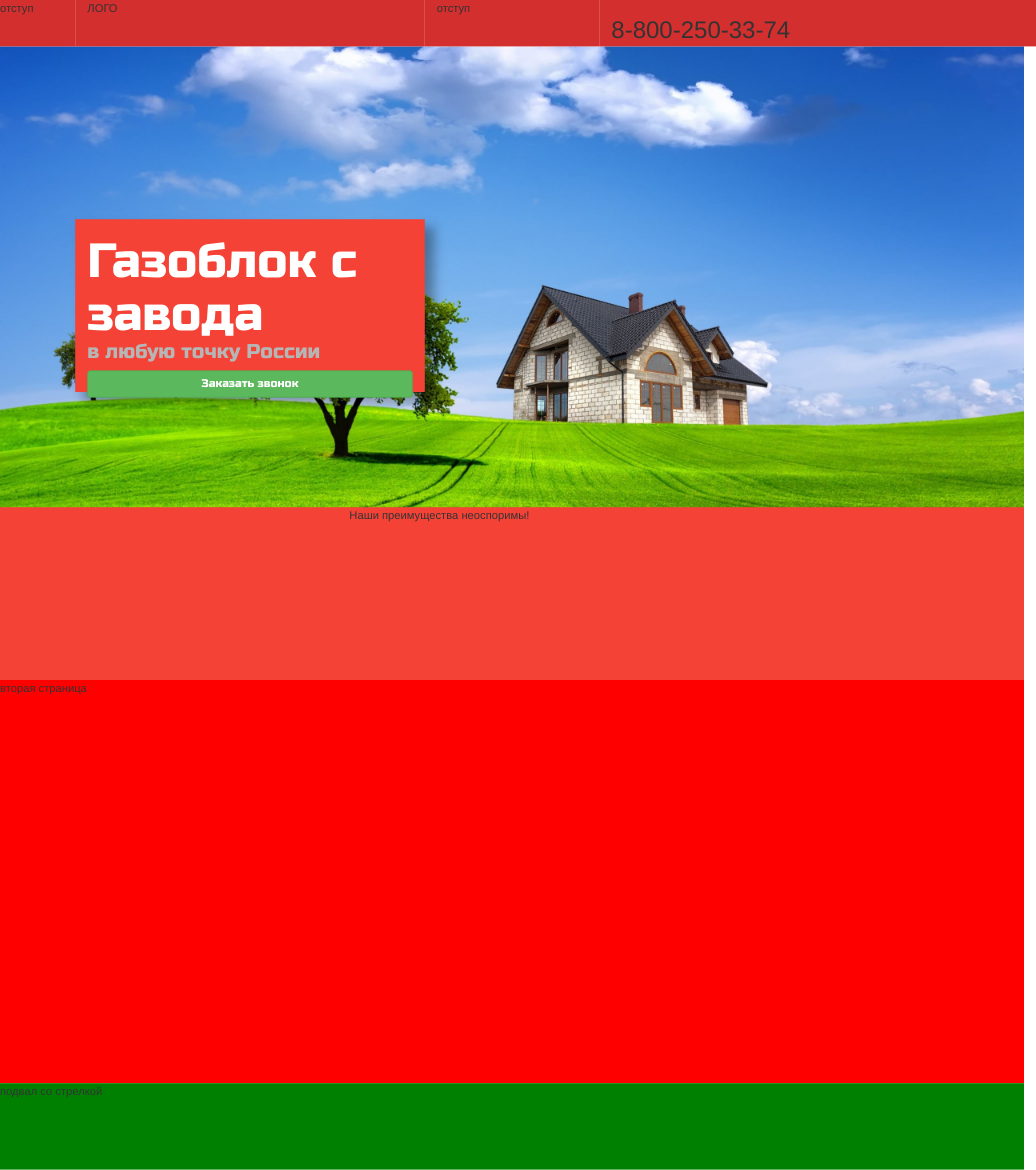
Repository: greenwtch/block
Page: index.html
The author's editor kept a record of every edit. The page is drawn from the files as they stood at one moment, then again after the next edit.
The browser window is 1280 px wide. The page is 1295 px wide, so the pictures cover 1295 px, including what lies to the right of the window. The pictures show the whole page, at 80% of full size.
Some web libraries are served in a nearby version.

Above is the page before.

After the next edit:
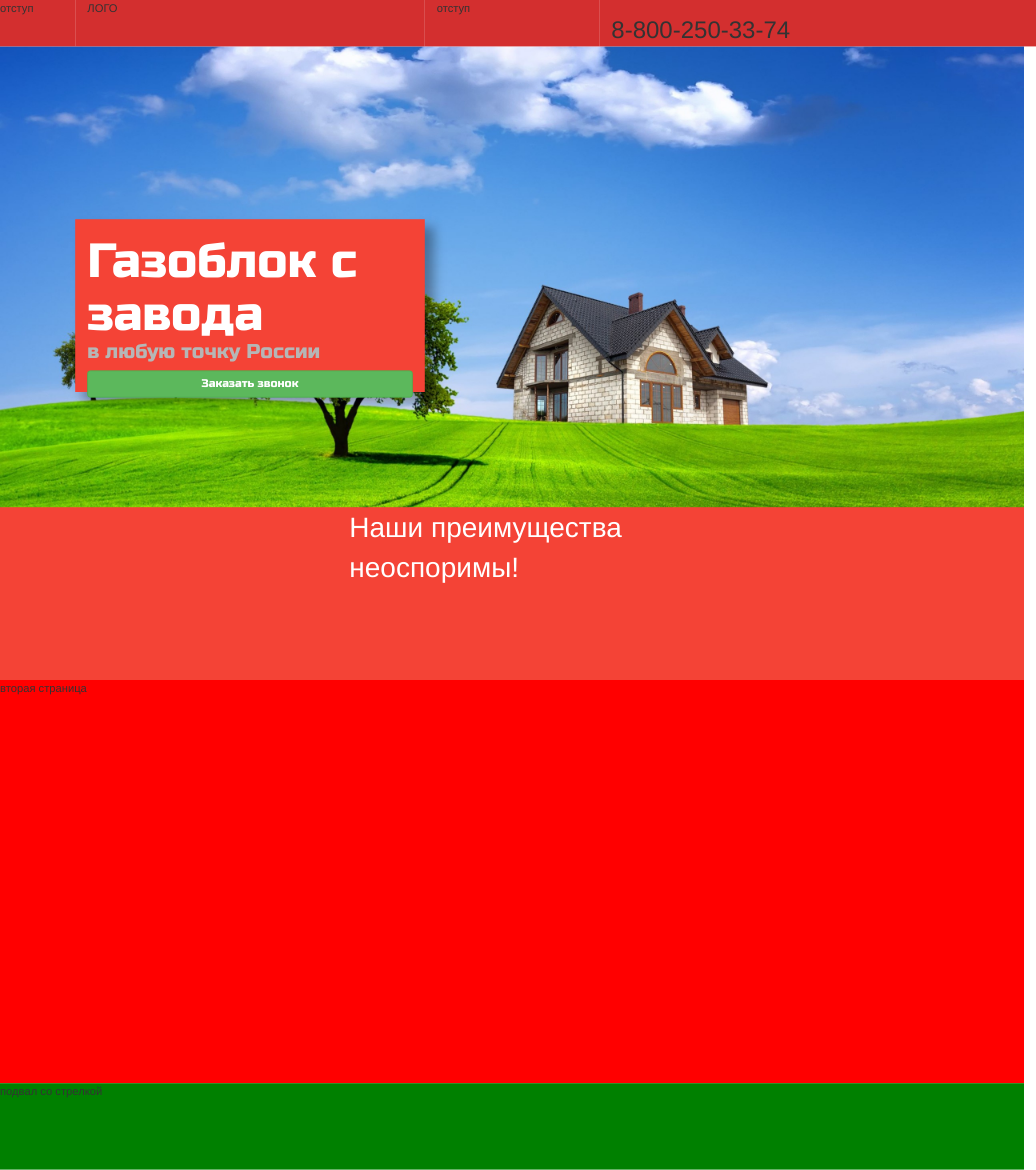
The edit:
--- a/css/style.css
+++ b/css/style.css
@@ -17,7 +17,7 @@
     height: 30vh;
     margin-top:-10vh;
 }
-#foterText{
+#footerText{
     color: #fff;
     font-size: 35px;
 }
